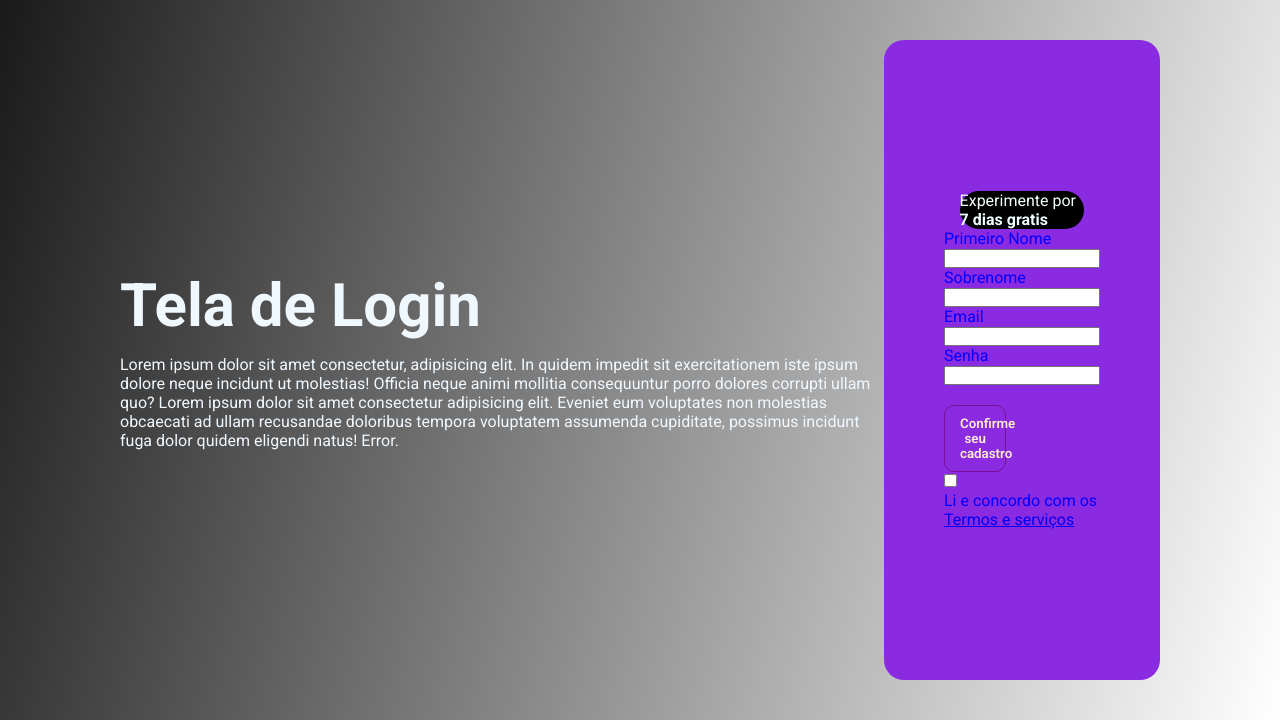
Repository: gimoli/tela-login
Page: index.html
These files come from the project's save history. The page is drawn as it stood at one moment and after the next save; the edit follows.
The browser window is 1280 px wide. The pictures show the whole page.

Above is the page before, as saved 2025-04-16 22:04:19.

After the next save:
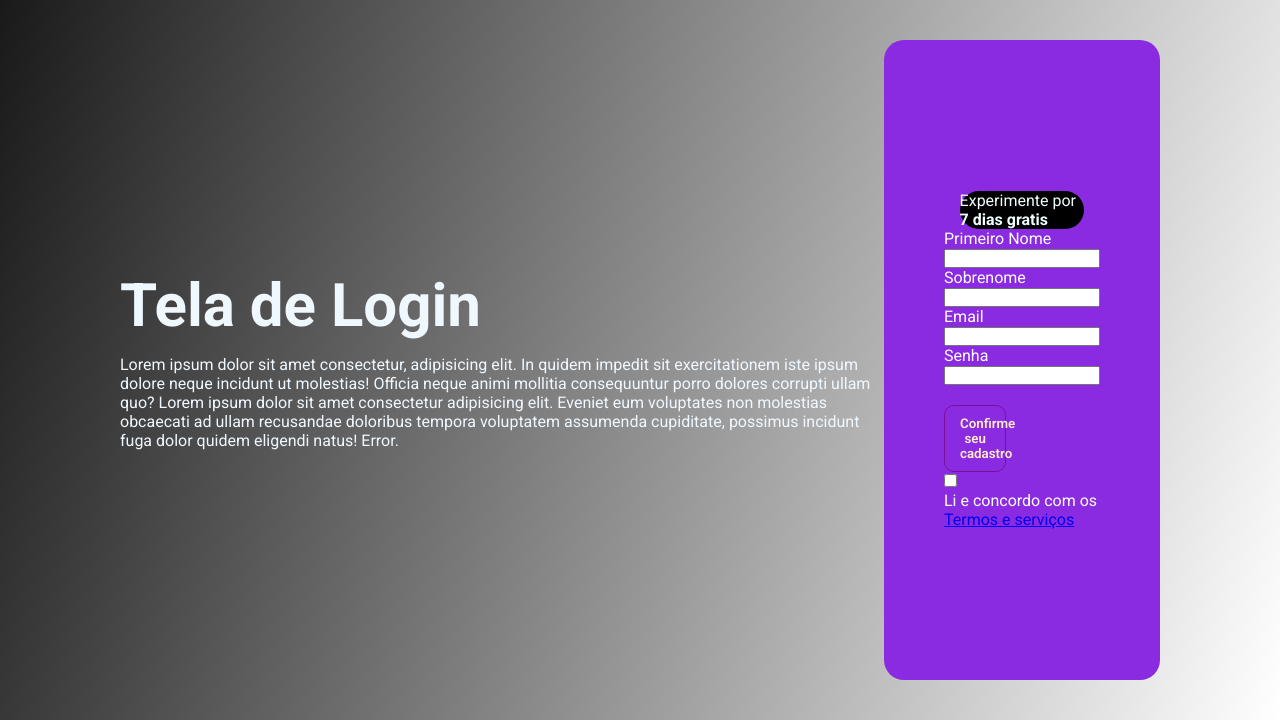
Saved 6 s later.
--- a/style.css
+++ b/style.css
@@ -61,7 +61,7 @@ main {
    align-items: center;
    padding: 0 60px;
    border-radius: 20px;
-   color: blue;
+   color: rgb(255, 255, 255);
 }
 
 .teste-gratis {
